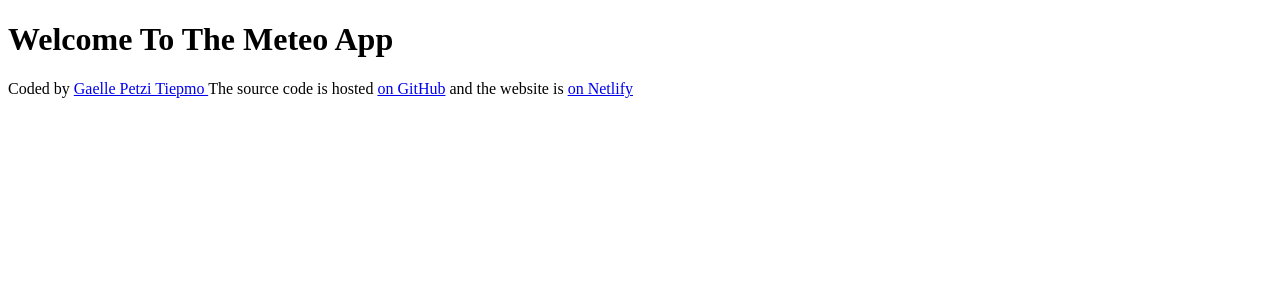
Repository: OnwardForward/meteo.by.gaelle
Page: meteo.appbygaelle.html
The author's editor kept a copy of each file at every save. The page is drawn from the files as they stood at one save, then again after a run of saves.
The browser window is 1280 px wide. The pictures show the whole page.

Above is the page before, as saved 2024-04-18 13:44:05.

### meteo.appbygaelle.html
<!DOCTYPE html>
<html lang="en">
<head>
    <meta charset="UTF-8">
    <meta name="viewport" content="width=device-width, initial-scale=1.0">
    <title>Meteo By Gaelle</title>
</head>
<body>
   <header>
    <form

   </header>



    <h1>Welcome To The Meteo App</h1>
</body>
<footer>
    Coded by <a href="https://github.com/OnwardForward" target="_blank"> Gaelle Petzi Tiepmo </a>
    The source code is hosted <a href="https://github.com/OnwardForward/meteo.by.gaelle" target="_blank">on GitHub</a>
    and the website is <a href="https://meteo-app-by-gaellept.netlify.app/" target="_blank"> on Netlify</a>
</footer>
</html>

After the next 3 saves:
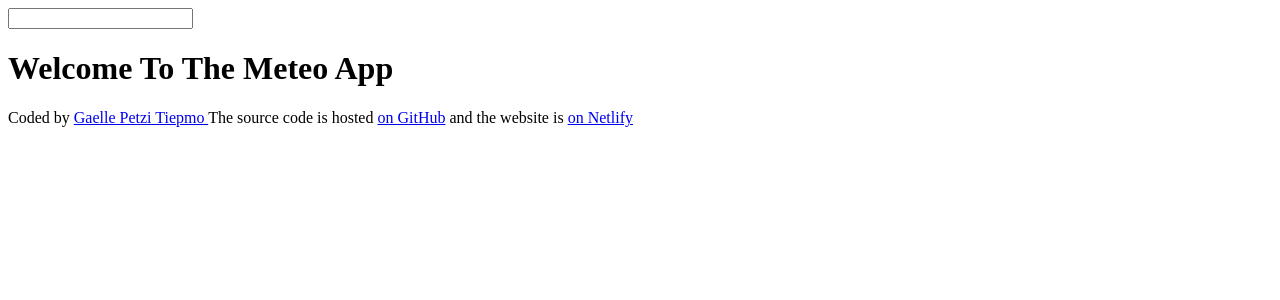
The 3 saves are shown as one change because they came seconds apart.
The last was saved 8 s later.
--- a/meteo.appbygaelle.html
+++ b/meteo.appbygaelle.html
@@ -7,7 +7,9 @@
 </head>
 <body>
    <header>
-    <form
+    <form>
+        <input
+    </form>
 
    </header>
 
